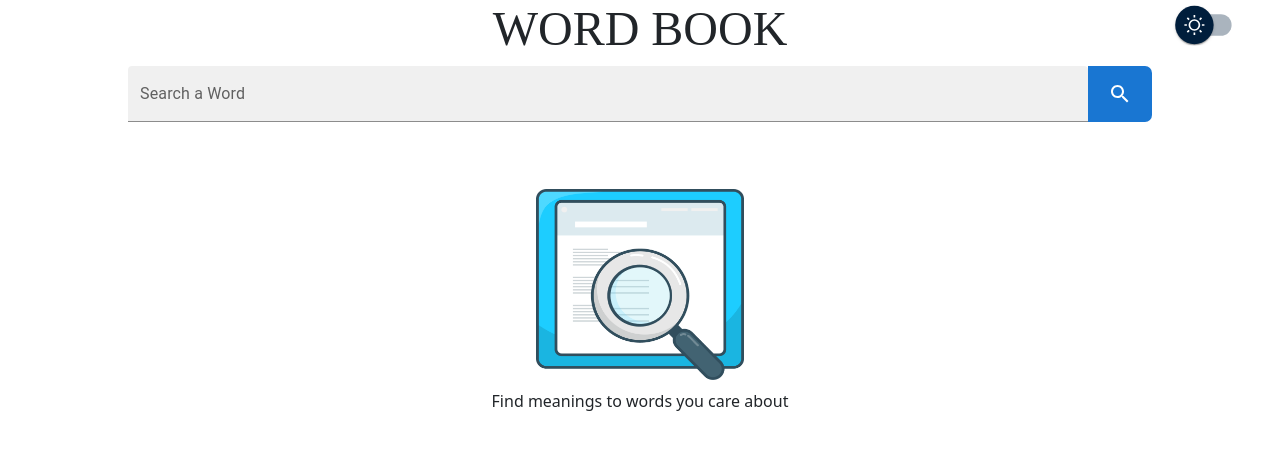
Repository: marveldev/my-dictionary
Page: /
These files come from the project's save history. The page is drawn as it stood at one moment and after the next save; the edit follows.
The browser window is 1280 px wide. The pictures show the whole page.
The project was rebuilt for these pictures with package versions that can differ from the ones it lists, and the page was loaded fresh each time. Also part of the build but not shown: src/components/themeSwitcher/MUISwitch.jsx.

Above is the page before, as saved 2022-05-29 18:02:09.

After the next save:
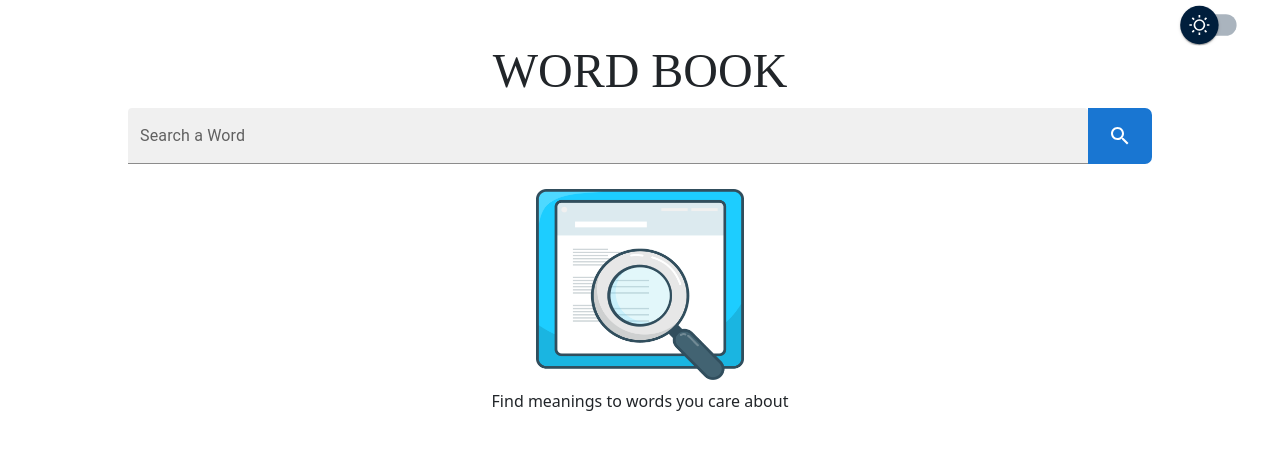
Saved 26 s later.
--- a/src/components/themeSwitcher/ThemeSwitcher.jsx
+++ b/src/components/themeSwitcher/ThemeSwitcher.jsx
@@ -9,7 +9,7 @@ const ThemeSwitcher = ({ theme, setTheme, themePalette }) => {
   }
 
   return (
-    <div className="theme-switcher text-end mx-lg-4 mt-2">
+    <div className="text-end mx-lg-4 mt-2">
       <FormControlLabel
         label=""
         control={

After the save that followed:
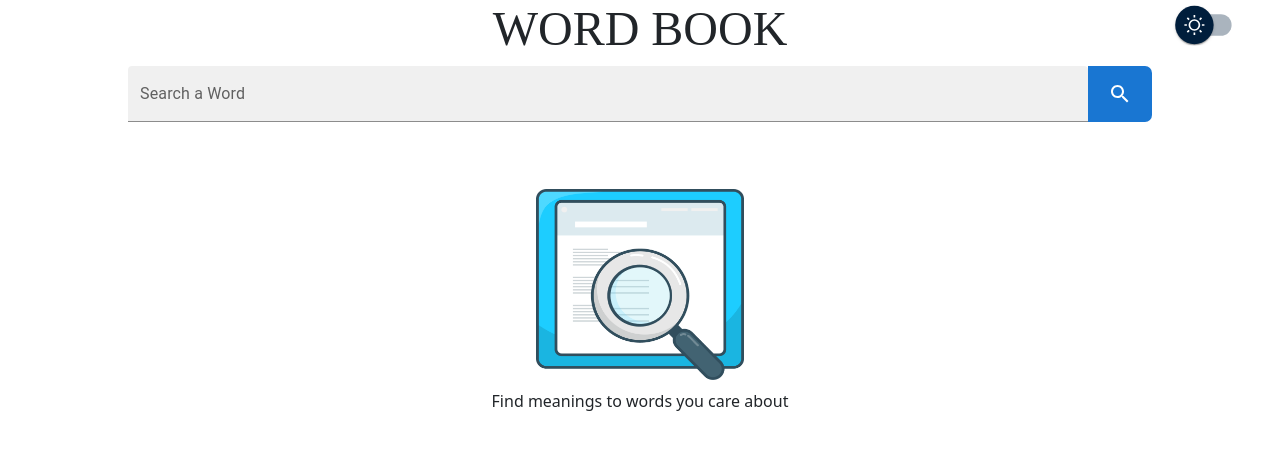
Saved 8 s later.
--- a/src/index.css
+++ b/src/index.css
@@ -13,7 +13,7 @@ body {
   display: none;
 }
 
-.theme-switcher {
+.text-end {
   position: absolute;
   right: 0.3em;
   margin: 0.5em 0 1em;
